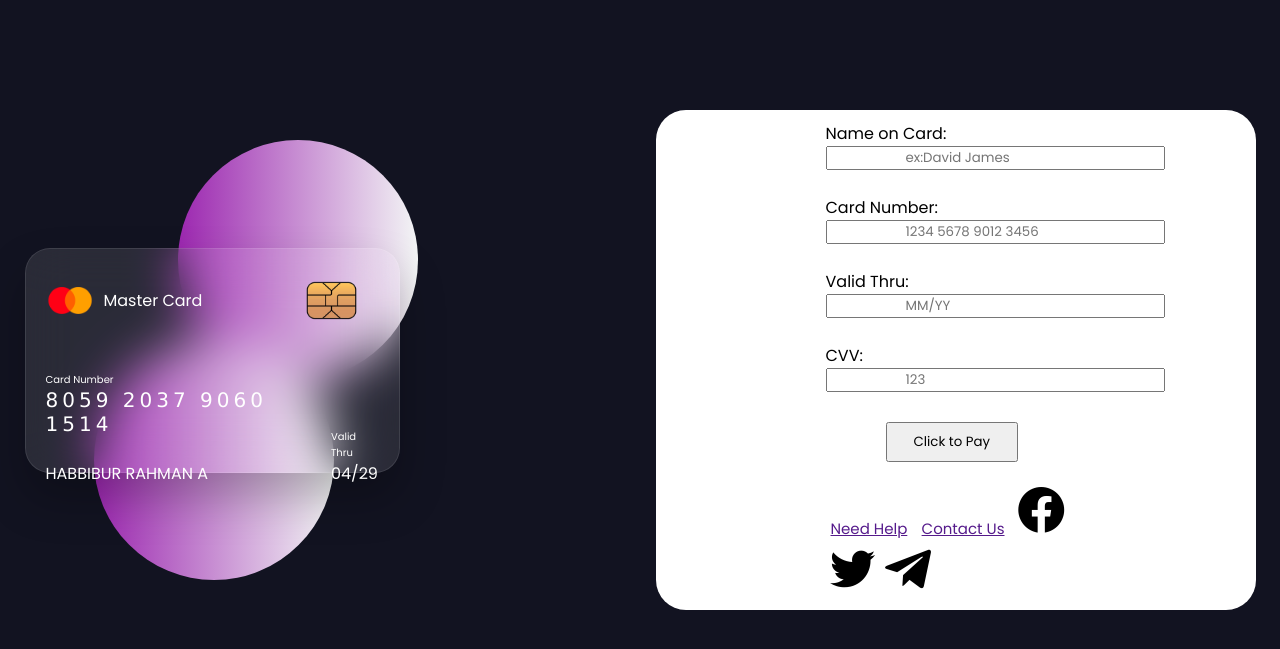
Repository: Habeebur1493/-002-Prompt
Page: index.html
An editor plug-in stored every save of this project. The page is shown before and after the next save, followed by the edit.
The browser window is 1280 px wide. The pictures show the whole page.

Above is the page before, as saved 2024-09-11 01:40:34.

After the next save:
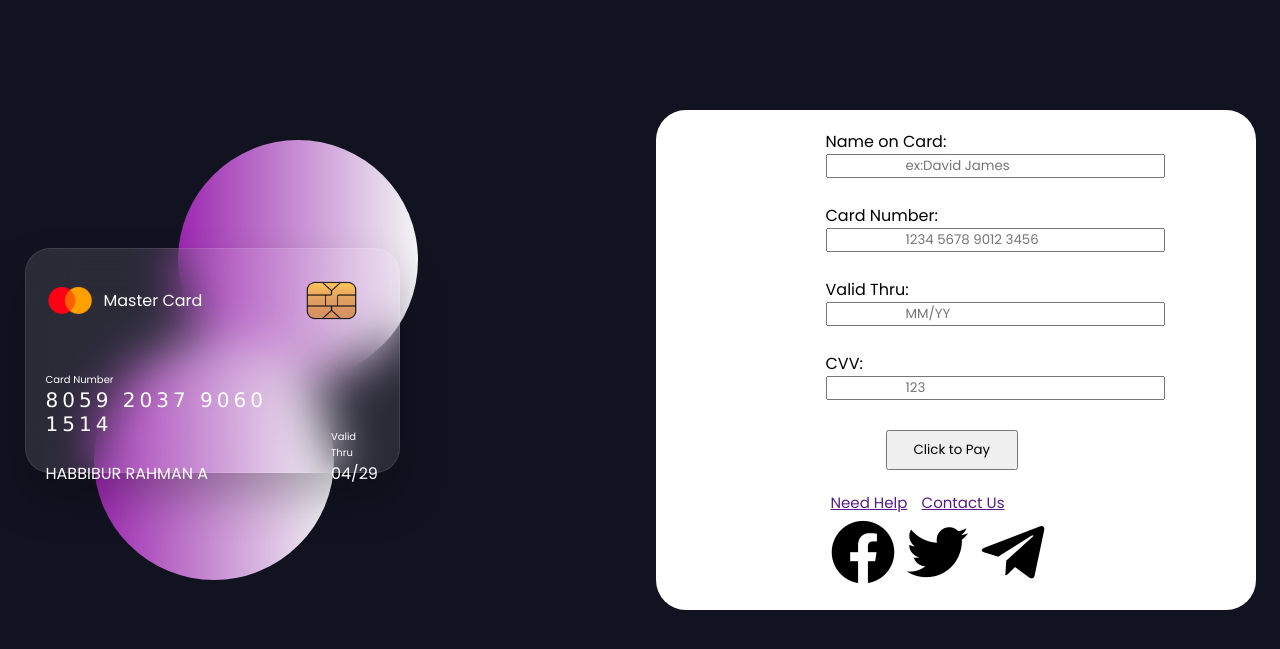
Saved 5 s later.
--- a/style.css
+++ b/style.css
@@ -202,6 +202,6 @@
     padding: 5px;
 }
 .data i{
-    font-size: 55px;
-
-}
+    font-size: 75px;
+
+}

After the save that followed:
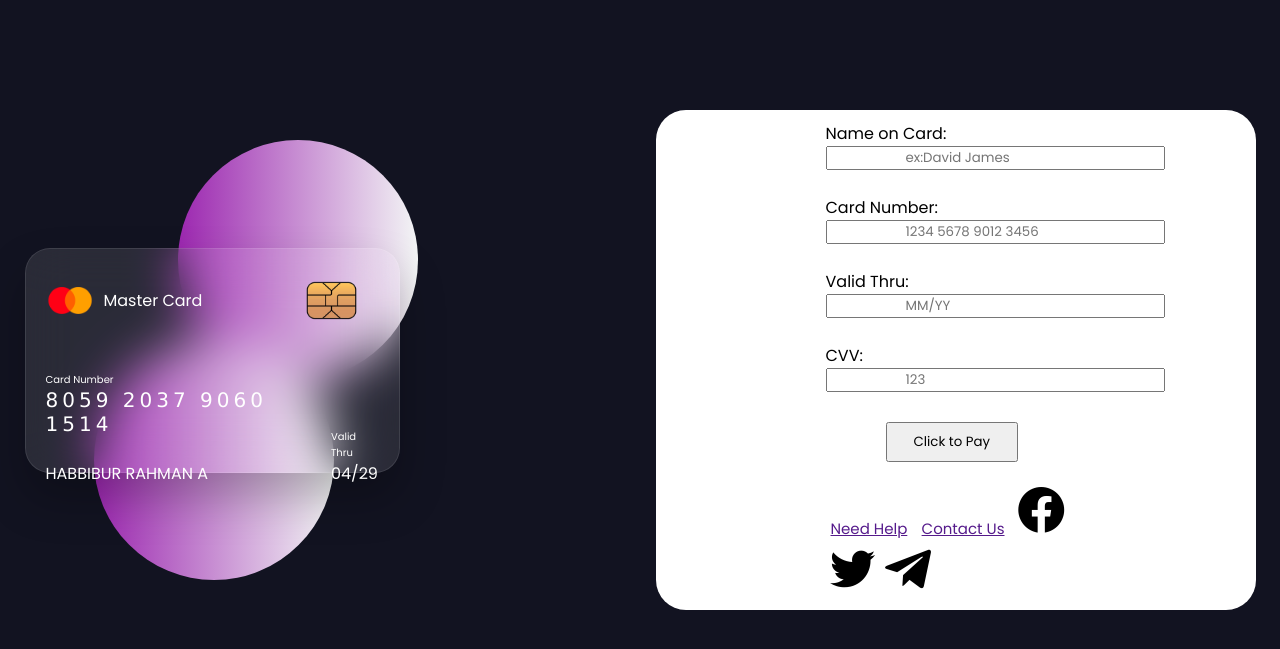
Saved 14 s later.
--- a/style.css
+++ b/style.css
@@ -202,6 +202,6 @@
     padding: 5px;
 }
 .data i{
-    font-size: 75px;
-
-}
+    font-size: 55px;
+
+}
